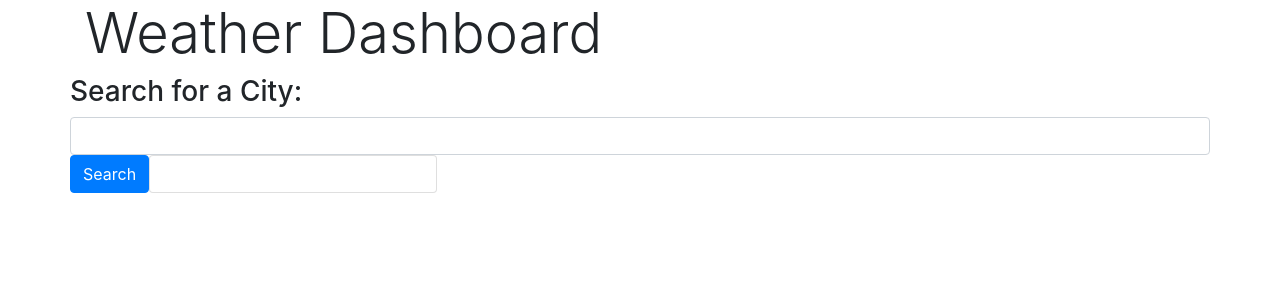
Repository: LaBrewT2/weather-dashboard
Page: index.html
These files come from the project's save history. The page is drawn as it stood at one moment and after a run of saves; the edit follows.
The browser window is 1280 px wide. The pictures show the whole page.
Some web libraries are served in a nearby version.

Above is the page before, as saved 2021-01-03 19:36:29.

### index.html
<!DOCTYPE html>
<html lang="en">

<head>
  <meta charset="UTF-8">
  <meta name="viewport" content="width=device-width, initial-scale=1.0">
  <title>Weather Dashboard</title>

<!-- JQuery library -->
<script src="https://cdnjs.cloudflare.com/ajax/libs/jquery/3.2.1/jquery.min.js"></script>
<script src="https://cdnjs.cloudflare.com/ajax/libs/moment.js/2.24.0/moment.min.js"></script>
<!-- Bootstrap CSS-->
<link rel="stylesheet" href="https://maxcdn.bootstrapcdn.com/bootstrap/4.0.0/css/bootstrap.min.css">
</head>

<body>
<!--Page Header -->
<div class="jumbotron-fluid">
  <div class="container">
    <h1 class="display-4">Weather Dashboard </h1>
  </div>
</div>

<!-- Page main container with rows -->
<div id ="maincontainer" class="container">
  <div class="row" id = "searchBlock">
    <h3>Search for a City:</h3>
  </div>
  <div class="row form-group">
    <span id="error"></span>
    <input type="text" class="form-control" id="city" aria-describedby="basic-addon3">
    <input class="btn btn-primary" id="search" type="submit" value="Search">

    <div id="list-group" class="card" style="width: 18rem;"></div>



  </div>
</div>


</body>
<script src= /script.js></script>
</html>

### script.js
$(document).ready(function(){

    $('#search').click(function(){

      var city = $("#city").val();

      if(city != ''){

        $.ajax({
              //API Call
              url: 'https://api.openweathermap.org/data/2.5/weather?q=' + city + "&units=imperial" + "&APPID=667a7ad2f064b0cc35a232f16bab9c8d",
              type: "GET",
              dataType: "jsonp",
              success: function(data){
                console.log(data);

                var widget  = show(data);

                $("#show").html(widget);
                $("#city").val('');
              }

        })

      }else{
        $("#error").html('Field cannot be empty')
      }

    });
});
//API Data
function show(data){
  return "<h3><strong>Weather</strong>: "+ data.weather[0].main + "</h3>" +
  "<h3><strong>Weather</strong>: "+ data.weather[0].description + "</h3>" +
  "<h3><strong>Temperature</strong>: "+ data.main.temp + "</h3>" +
  "<h3><strong>Pressure</strong>: "+ data.main.pressure + "</h3>" +
  "<h3><strong>Humidity</strong>: "+ data.main.humidity + "</h3>" +
  "<h3><strong>Min. Temperature</strong>: "+ data.main.temp_min + "</h3>" +
  "<h3><strong>Max. Temperature</strong>: "+ data.main.temp_max + "</h3>" +
  "<h3><strong>Wind Speed</strong>: "+ data.wind.speed + "</h3>" +
  "<h3><strong>Wind Direction</strong>: "+ data.wind.direction + "</h3>"  ;

}

After the next 3 saves:
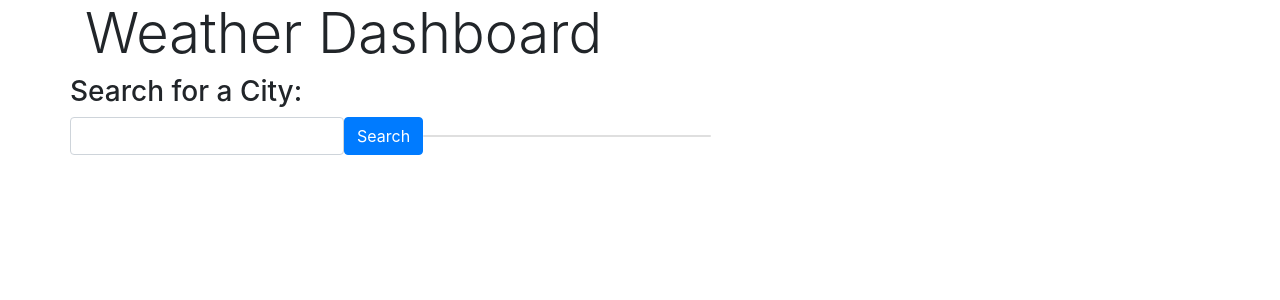
The 3 saves are shown as one change because they came seconds apart.
The last was saved 13 s later.
--- a/index.html
+++ b/index.html
@@ -26,7 +26,7 @@
   <div class="row" id = "searchBlock">
     <h3>Search for a City:</h3>
   </div>
-  <div class="row form-group">
+  <div class="row form-group form-inline">
     <span id="error"></span>
     <input type="text" class="form-control" id="city" aria-describedby="basic-addon3">
     <input class="btn btn-primary" id="search" type="submit" value="Search">
